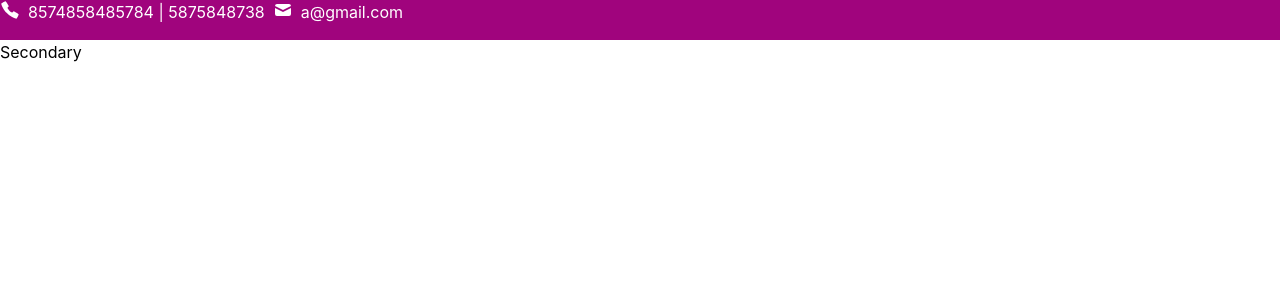
Repository: Sushant203/react-training-
Page: /
The author's editor kept a copy of each file at every save. The page is drawn from the files as they stood at one save, then again after the next save.
The browser window is 1280 px wide. The pictures show the whole page.
The project was rebuilt for these pictures with package versions that can differ from the ones it lists, and the page was loaded fresh each time. Also part of the build but not shown: src/App.css, src/components/LowerNav.jsx, src/components/UpperNav.jsx.

Above is the page before, as saved 2022-12-19 09:29:26.

### src/App.js

import './App.css';
import LowerNav from './components/LowerNav';
import UpperNav from './components/UpperNav';
import Layout from './Hoc/Layout/Layout'

function App() {
  return (
    <div>
     <Layout />
    </div>
  );
}

export default App;

### src/Hoc/Layout/Layout.jsx
import React from "react";
import Toolbar from "../../components/Naviagtion/Toolbar/index";

function Layout() {
  return (
    <div>
      {/* toolbar */}
      <Toolbar />
    </div>
  );
}

export default Layout;

### src/components/Naviagtion/Toolbar/index.jsx
import React from "react";
import Header from "./header";
import Secondary from "./Secondary";

function Index() {
  return (
    <div className="h-10 bg-red-400 w-screen">
      <Header />
      <Secondary />
    </div>
  );
}

export default Index;

### src/components/Naviagtion/Toolbar/header.jsx
import React from "react";
import { IoCallSharp } from "react-icons/io5";
import { HiMail } from "react-icons/hi";
function Header() {
  return (
    <div className="h-10 bg-mainColor w-full">
      <div className="flex gap-2">
        <div className="flex gap-2 text-white">
          <IoCallSharp className="text-xl text-white" />
          8574858485784 | 5875848738
        </div>
        <div className="text-white flex gap-2">
          <HiMail className="text-xl" />
          a@gmail.com
        </div>
      </div>
    </div>
  );
}

export default Header;

### src/components/Naviagtion/Toolbar/Secondary.jsx
import React from "react";

function Secondary() {
  return <div>Secondary</div>;
}

export default Secondary;

### tailwind.config.js
/** @type {import('tailwindcss').Config} */
module.exports = {
  content: [
    "./src/**/*.{js,jsx,ts,tsx}",
  ],
  theme: {
    extend: {
      colors:{
        mainColor:'#A0047D'
      }
    },
  },
  plugins: [],
}

Loaded but not shown: public/index.html (common file); src/index.js (common file); src/index.css (common file); src/reportWebVitals.js (common file)

After the next save:
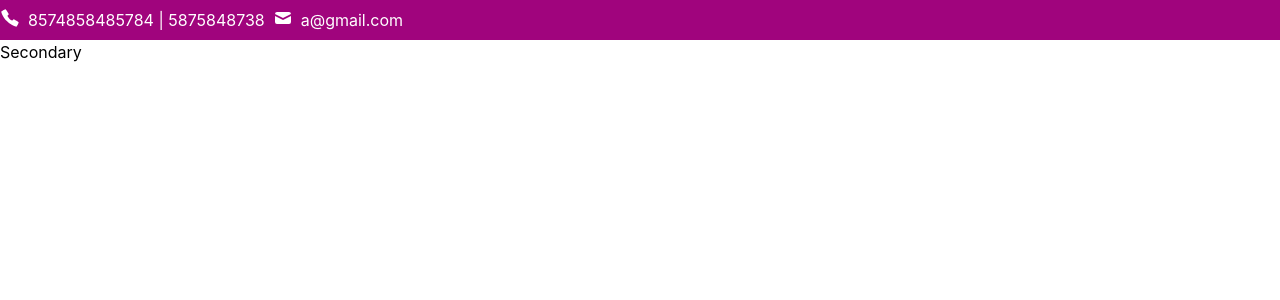
Saved 14 s later.
--- a/src/components/Naviagtion/Toolbar/header.jsx
+++ b/src/components/Naviagtion/Toolbar/header.jsx
@@ -3,7 +3,7 @@ import { IoCallSharp } from "react-icons/io5";
 import { HiMail } from "react-icons/hi";
 function Header() {
   return (
-    <div className="h-10 bg-mainColor w-full">
+    <div className="h-10 bg-mainColor w-full flex items-center">
       <div className="flex gap-2">
         <div className="flex gap-2 text-white">
           <IoCallSharp className="text-xl text-white" />
